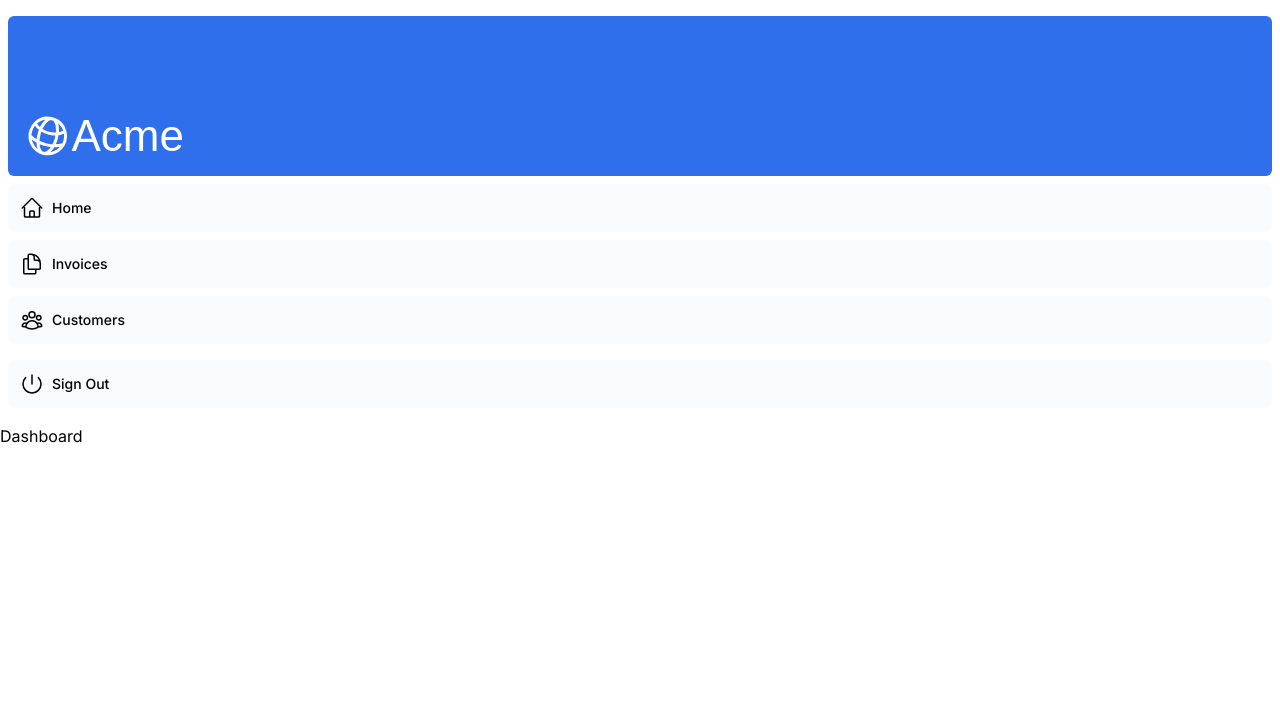
Repository: kaboreibrahim/DashbordNext
Page: /dashboard
These files come from the project's save history. The page is drawn as it stood at one moment and after the next save; the edit follows.
The browser window is 1280 px wide. The pictures show the whole page.
Some web fonts or font styles are not loaded; a fallback is used. The project was rebuilt for these pictures with package versions that can differ from the ones it lists, and the page was loaded fresh each time. The framework's server and built-in components were replaced by stand-ins that run in the browser. Also part of the build but not shown: next.config.ts.

Above is the page before, as saved 2025-05-27 00:24:02.

After the next save:
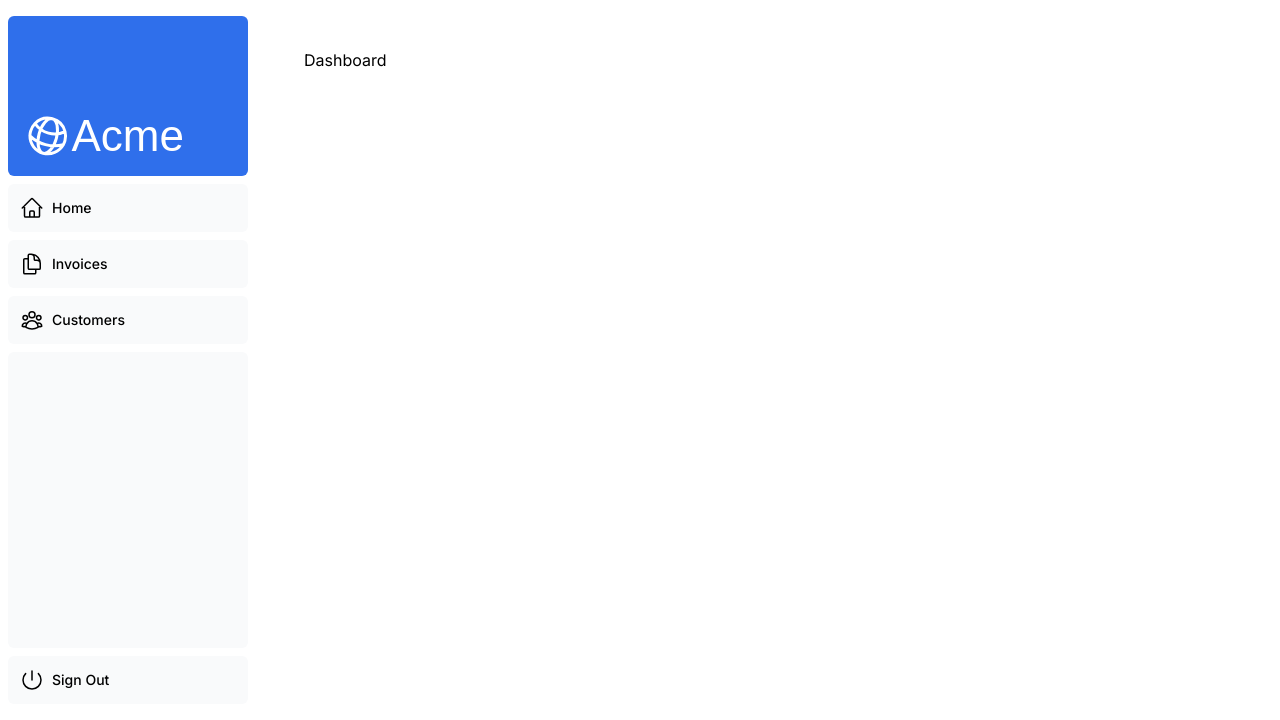
Saved 14 s later.
--- a/app/dashboard/layout.tsx
+++ b/app/dashboard/layout.tsx
@@ -1,10 +1,12 @@
 import SideNav from "../ui/dashboard/sidenav";
 
 export default function layout ({children}: {children:React.ReactNode}){
-    return(
-        <div>
-            <SideNav/>
-            {children}
+    return (
+        <div className="flex h-screen flex-col md:flex-row md:overflow-hidden">
+          <div className="w-full flex-none md:w-64">
+            <SideNav />
+          </div>
+          <div className="flex-grow p-6 md:overflow-y-auto md:p-12">{children}</div>
         </div>
-    )
+      );
 }
